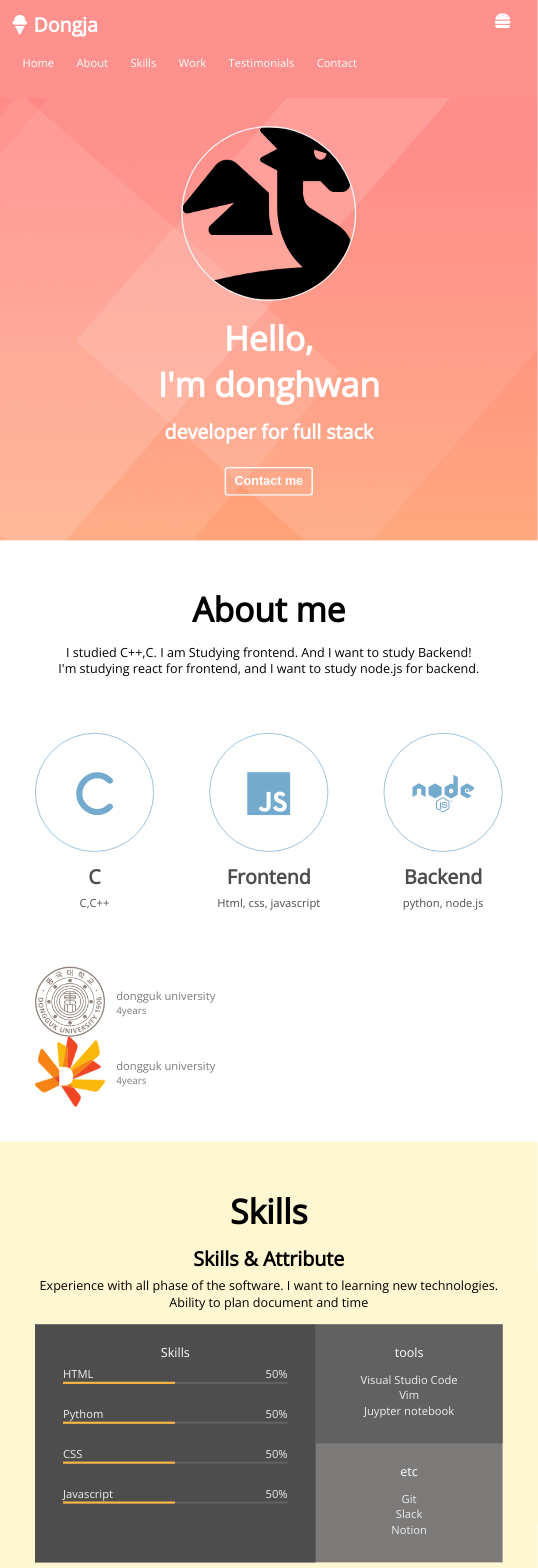
Repository: DongjaJ/portfolio
Page: index.html
These files come from the project's save history. The page is drawn as it stood at one moment and after the next save; the edit follows.
The browser window is 768 px wide. The pictures show the part of the page from y = 0 to 2240 px (the page is 4222 px tall before and 4412 px after), at 70% of full size.
Some web libraries are served in a nearby version.

Above is the page before, as saved 2022-06-15 21:54:09.

### index.html
<!DOCTYPE html>
<html lang="en">
<head>
	<meta charset="UTF-8">
	<meta http-equiv="X-UA-Compatible" content="IE=edge">
	<meta name="viewport" content="width=device-width, initial-scale=1.0">
	<title>Dongja's Portfolio</title>
	<meta name ="description" content= "Portfolio for Dongja">
	<meta name ="author" content= "Dongja">
	<link rel="icon" type ="image/png" href="imgs/favicon.png"/>
	<script
		src="https://kit.fontawesome.com/4d499a68c2.js"
		crossorigin="anonymous"
	></script>
	<link rel="preconnect" href="https://fonts.googleapis.com">
	<link rel="preconnect" href="https://fonts.gstatic.com" crossorigin>
	<link href="https://fonts.googleapis.com/css2?family=Open+Sans:ital,wght@0,400;1,600;1,700&display=swap" rel="stylesheet">
	<link rel = "stylesheet" href="style.css"/>
	<script src ="main.js" defer></script>
</head>
<body>
	<!-- Navbar -->
	<nav id="navbar">
		<div class="navbar__logo">
			<i class="fa-solid fa-ice-cream"></i>
			<a href="#">Dongja</a>
		</div>
		<div class="navbar__menu">
			<ul class="navbar__menu">
				<li class="navbar__menu__item">Home</li>
				<li class="navbar__menu__item">About</li>
				<li class="navbar__menu__item">Skills</li>
				<li class="navbar__menu__item">Work</li>
				<li class="navbar__menu__item">Testimonials</li>
				<li class="navbar__menu__item">Contact</li>
			</ul>
		</div>

		<!-- Toggle button -->
		<button class="navbar__togle-btn">
			<i class="fa-solid fa-burger"></i>
		</button>
	</nav>
	<!-- Home -->
	<section id="home">
		<img src="imgs/dragon-solid.png"
			alt="dongja's profile photo"
			class="home__avatar"/>
		<h1 class="home__title">Hello, <br/>I'm donghwan</h1>
		<h2 class="home__description">developer for full stack</h2>
		<button class="home__contact">Contact me</button>
	</section>
	<!-- About -->
	<section id="about" class="section section__container">
		<h1>About me</h1>
		<p>I studied C++,C. I am Studying frontend.
			And I want to study Backend!<br/>
			I'm studying react for frontend,
			and I want to study node.js for backend.
		</p>
		<div class="about__major">
			<div class="major">
				<div class="major__icon">
					<i class="fa-solid fa-c"></i>
				</div>
				<h2 class="major__title">C</h2>
				<div class="__major__description">C,C++</div>
			</div>
			<div class="major">
				<div class="major__icon">
					<i class="fa-brands fa-js"></i>
				</div>
				<h2 class="major__title">Frontend</h2>
				<div class="__major__description">Html, css, javascript</div>
			</div>
			<div class="major">
				<div class="major__icon">
					<i class="fa-brands fa-node"></i>
				</div>
				<h2 class="major__title">Backend</h2>
				<div class="__major__description">python, node.js</div>
			</div>
		</div>
		<div class="about__school" >
			<div class="school">
				<img src="/imgs/school.png" alt="logo-dongguk university" class="school__logo">
				<div class="school__description">
					<div class="school_name">dongguk university</div>
				<div class="school_period">4years</div>
				</div>
			</div>
		</div>
		<div class="about__school">
			<div class="school">
				<img src="/imgs/flower.png" alt="logo-dongguk university" class="school__logo">
				<div class="school__description">
					<div class="school_name">dongguk university</div>
				<div class="school_period">4years</div>
				</div>
			</div>
		</div>
	</section>
	<!-- Skills -->
	<section id="skills" class="section">
		<div class="section__container">
			<h1>Skills</h1>
			<h2>Skills & Attribute</h2>
			<p>
				Experience with all phase of the software. I want to learning
				new technologies. Ability to plan document and time
			</p>
			<div class="skillset">
				<div class="skillset_left">
					<h3 class="skillset_title">Skills</h3>
					<div class="skill">
						<div class="skill_description">
							<span>HTML</span>
							<span>50%</span>
						</div>
						<div class="skill_bar">
							<div class="skill_value" style="width: 50%;"></div>
						</div>
					</div>
					<div class="skill">
						<div class="skill_description">
							<span>Pythom</span>
							<span>50%</span>
						</div>
						<div class="skill_bar">
							<div class="skill_value" style="width: 50%;"></div>
						</div>
					</div>
					<div class="skill">
						<div class="skill_description">
							<span>CSS</span>
							<span>50%</span>
						</div>
						<div class="skill_bar">
							<div class="skill_value" style="width: 50%;"></div>
						</div>
					</div>
					<div class="skill">
						<div class="skill_description">
							<span>Javascript</span>
							<span>50%</span>
						</div>
						<div class="skill_bar">
							<div class="skill_value" style="width: 50%;"></div>
						</div>
					</div>
				</div>
				<div class="skillset_right">
					<div class="tools">
						<h3 class="skillset_title">tools</h3>
						<ul class="tools__list">
							<li><span>Visual Studio Code</span></li>
							<li><span>Vim</span></li>
							<li><span>Juypter notebook</span></li>
						</ul>
					</div>
					<div class="etc">
						<h3 class="skillset_title">etc</h3>
						<ul class="ec__list">
							<li><span>Git</span></li>
							<li><span>Slack</span></li>
							<li><span>Notion</span></li>
						</ul>
					</div>
				</div>
			</div>
		</div>
	</section>
	<!-- Work -->
	<section id="work" class="section">

		<div class="section__container">
			<h1>My work</h1>
		<h3>Projects</h3>
		<div class="work__categories">
			<button class="category__btn active">All <span class="category__count">4</span></button>
			<button class="category__btn">school <span class="category__count">2</span></button>
			<button class="category__btn">etc <span class="category__count">2</span></button>
		</div>
		<div class="work__projects">
			<a
			href="https://github.com/DongjaJ"
			class="project"
			target="blank"
			>
			<img src="imgs/navbar-200518-191508.webp" alt="" class="project__img">
			<div class="project__description">
				<h3>Sample site</h3>
				<span>Clone coding with portfolio</span>
			</div>
		</a>
		<a
		href="https://github.com/DongjaJ"
		class="project"
		target="blank"
		>
		<img src="imgs/navbar-200518-191508.webp" alt="" class="project__img">
		<div class="project__description">
			<h3>Sample site</h3>
			<span>Clone coding with portfolio</span>
		</div>
		</a>
		<a
	href="https://github.com/DongjaJ"
	class="project"
	target="blank"
	>
	<img src="imgs/navbar-200518-191508.webp" alt="" class="project__img">
	<div class="project__description">
		<h3>Sample site</h3>
		<span>Clone coding with portfolio</span>
	</div>
		</a>
		<a
href="https://github.com/DongjaJ"
class="project"
target="blank"
>
<img src="imgs/navbar-200518-191508.webp" alt="" class="project__img">
<div class="project__description">
	<h3>Sample site</h3>
	<span>Clone coding with portfolio</span>
</div>
		</a>
		</div>
		</div>


	</section>

	<!-- Testimonials -->
	<section id="testimonials" class="section">
	<div class="section__container">
		<h1>Testimonials</h1>
	<h3>See what they say about me</h3>
	<div class="testimonials">
		<div class="testimonial">
			<img
			src="imgs/people1-200515-154332.webp"
			alt="People"
			class="testimonial__avatar"
			>
			<div class="testimonial__speech-bubble">
				<p>Lorem ipsum dolor sit amet consectetur adipisicing elit. Impedit eum aspernatur, dolore animi dolor ipsam laudantium ab labore magnam distinctio doloribus possimus quis ea ipsa? Molestias corrupti quam deleniti perferendis!</p>
				<p class="name"><a href="">Dongja</a>/DGU</p>
			</div>
		</div>
		<div class="testimonial">
			<div class="testimonial__speech-bubble">
				<p>Lorem ipsum dolor sit amet consectetur adipisicing elit. Impedit eum aspernatur, dolore animi dolor ipsam laudantium ab labore magnam distinctio doloribus possimus quis ea ipsa? Molestias corrupti quam deleniti perferendis!</p>
				<p class="name"><a href="">Dongja</a>/DGU</p>
			</div>
			<img
			src="imgs/people1-200515-154332.webp"
			alt="People"
			class="testimonial__avatar"
			>
		</div>
	</div>
	</div>


</section>
	<!-- Contact -->
	<section id="contact" class="section">
		<h1 class="contact__title">Let's talk</h1>
		<h2 class="contact__email">jdh981118@naver.com</h2>
		<div class="contact__links">
			<a href="https://github.com/DongjaJ">
				<i class="fa-brands fa-github"></i>
			</a>
			<p class="contact__rights">
				2022 Dongja - All rights reserved
			</p>
		</div>
	</section>
</body>
</html>

### style.css
/* Global */
:root{
	/* Color */
	--color-white: #ffffff;
	--color-light-white: #eeeeee;
	--color-dark-white: #bdbdbd;
	--color-pink: #fe918d;
	--color-dark-pink: #ff6863;
	--color-dark-grey: #4d4d4d;
	--color-grey: #616161;
	--color-light-grey: #7c7979;
	--color-blue: #73aace;
	--color-yellow: #fff7d1;
	--color-orange: #feb546;
	--color-black: #000000;
	/* Font size */
	--font-large: 48px;
	--font-medium: 28px;
	--font-regular: 18px;
	--font-small: 16px;
	--font-micro: 14px;
	/* Font weight */
	--weight-bold: 700;
	--weight-semi-bold:600;
	--weight-regular:400;

	/* Size */
	--size-border-radius: 4px;

	/* Animation */
	--animation-delay: 300ms;
}

/* Universal tags */
*{
	box-sizing: border-box;
}

body {
	margin: 0;
	font-family: 'Open Sans', sans-serif;
	cursor: default;
}

a{
	text-decoration: none;
	color: var(--color-white);
}

ul{
	padding-left: 0;
}

li{
	list-style: none;
}

button{
	background: transparent;
	cursor: pointer;
	border: none;
	outline: none;
}

/* Typography */
h1 {
	font-size: var(--font-large);
	font-weight: var(--weight-bold);
	color: var(--color-black);
	margin: 16px 0px;
}

h2{
	font-size: var(--font-medium);
	font-weight: var(--weight-semi-bold);
	color: var(--color-black);
	margin: 8px 0px;
}

h3{
	font-size: var(--font-regular);
	font-weight: var(--weight-regular);
	color: var(--color-black);
	margin: 8px 0;
}

p{
	font-size: var(--font-regular);
	font-weight: var(--font-regular);
	color: var(--color-black);
	margin: 4px 0;
}

/* navbar */
#navbar{
	display: flex;
	justify-content: space-between;
	background-color: var(--color-pink);
	align-items: center;
	color: var(--color-white);
	padding: 16px;
}

.navbar__logo{
	font-size: var(--font-medium);
	font-weight: var(--weight-semi-bold);
}

.navbar__menu{
	display: flex;
}

.navbar__menu__item{
	padding: 8px 12px;
	margin: 0 4px ;
	cursor: pointer;
	border-radius: var(--size-border-radius);
}
.navbar__menu__item.active{
	border: 1px solid var(--color-white);
}

.navbar__menu__item:hover{
	background-color: var(--color-dark-pink);
}

.navbar__togle-btn{
	position: absolute;
	right: 32px;
	font-size: 24px;
	color: var(--color-white);
	display: none;
}

/* Home */
#home{
	background: url("imgs/homebackground-200515-154505.webp") center/cover no-repeat;
	padding: 40px;
	text-align: center;
}

.home__avatar{
	width: 250px;
	height: 250px;
	border-radius: 50%;
	border: 2px solid var(--color-light-white);
}

.home__title,
.home__description{
	color: var(--color-white);
}

.home__contact{
	color: var(--color-white);
	font-size: var(--font-regular);
	font-weight: var(--weight-bold);
	margin: 24px;
	padding: 8px 12px;
	border: 2px solid var(--color-white);
	border-radius: var(--size-border-radius);
}

/* section common */
.section{
	padding: 50px;
	text-align: center;
	margin: auto;
}

.section__container{
	max-width: 1200px;
}

/* about */
.about__major{
	display: flex;
	justify-content: space-between;
	margin: 80px 0;
}

.major__icon{
	width: 170px;
	height: 170px;
	font-size: 70px;
	line-height: 170px;
	margin: auto;
	border: 1px solid var(--color-blue);
	border-radius: 50%;
	margin-bottom: 16px;
	color: var(--color-blue);
}

.major__icon i:hover{
	color: var(--color-pink);
	transform: rotate(-30deg) scale(1.1);
}

.major__icon i{
	transition: all var(--animation-delay) ease;
}

.major__title, .__major__description{
	color: var(--color-dark-grey);
}

.__major__description{
	font-size: var(--font-small);
}

.school{
	display: flex;
	align-items: center;
}

.school__description{
	margin: 0 16px;
	text-align: left;
}

.school_name, .school_period{
	color: var(--color-light-grey);
}

.school_name{
font-size: var(--font-small);
}

.school_period{
font-size: var(--font-micro);
}

.school__logo{
	width: 100px;
	height: 100px;
}

#skills{
	background-color: var(--color-yellow);
}

.skillset{
	display: flex;
	background-color: var(--color-light-grey);
	color: var(--color-light-white);
	margin: 20px 0;
}

.skillset_title{
	color: var(--color-white);
}

.skillset_left{
	flex-basis: 60%;
	background-color: var(--color-dark-grey);
	padding: 20px 40px;
}

.skill{
	margin-bottom: 32px;
}

.skill_value{
	height: 3px;
	background-color: var(--color-orange);
}

.skill_description{
	display: flex;
	justify-content: space-between;
}

.skill_bar{
	width: 100%;
	height: 3px;
	background-color: var(--color-grey);
}

.skillset_right{
	flex-basis: 40%;
}

.tools{
	background-color: var(--color-grey);
}

.tools, .etc{
	padding: 20px;
}

.category__btn{
	border: solid 1px var(--color-dark-white);
	border-radius: var(--size-border-radius);
	font-size: var(--font-regular);
	padding: 8px 18px;
}

.category__btn.active,
.category__btn:hover{
	background-color: var(--color-pink);
	color: var(--color-white);
}

.category__btn.active .category__count,
.category__btn:hover .category__count{
	opacity: 1;
	top: 0;
}

.category__count{
	background-color: var(--color-orange);
	border-radius: 50%;
	color: var(--color-white);
	width: 24px;
	height: 24px;
	line-height: 24px;
	display: inline-block;
	position: relative;
	top: -20px;
	left: 4px;
	opacity: 0;
	transition: all var(--animation-delay) ease-in;
}

.work__projects{
	display: flex;
	flex-wrap: wrap;
	justify-content: space-between;
}

.project{
	position: relative;
	width: 280px;
	height: 250px;
	margin: 2px;
	background-color: var(--color-light-white);
	display: flex;
	justify-content: center;
	align-items: center;
}

.project__img{
	max-width: 100%;
	max-height: 100%;
}

.project__description{
	position: absolute;
	top: 0;
	left: 0;
	display: flex;
	background-color: var(--color-black);
	flex-direction: column;
	justify-content: center;
	width: 100%;
	height: 100%;
	opacity: 0;
	transform: translateY(10px);
	transition: all var(--animation-delay) ease-in;
}

.project:hover .project__description{
	transform: translateY(0px);
	opacity: 0.8;
}

.project__description h3{
	color: var(--color-white);
}

.project__description h3:after{
	content: '';
	display: block;
	position: relative;
	left: 50%;
	width: 25px;
	height: 2px;
	margin-left: -12px;
	margin-top: 8px;
	background-color: var(--color-dark-white);
}

/* Testimonial */
#testimonials{
	background-color: var(--color-light-white);
}

.testimonials{
	margin: 40px;
}

.testimonial{
	display: flex;
	margin: 32px 0;
}

.testimonial__avatar{
	width: 150px;
	border-radius: 50%;
}

.testimonial__avatar:nth-child(odd){
	margin-right: 42px;
}
.testimonial__avatar:nth-child(even){
	margin-left: 42px;
}

.testimonial__speech-bubble{
	padding: 10px;
	background-color: var(--color-white);
	border-radius: var(--size-border-radius);
}

.testimonial__speech-bubble p{
	color: var(--color-light-grey);
}

.testimonial__speech-bubble a{
	color: var(--color-pink);
}

/* Contact */
#contact{
	background-color: var(--color-pink);
}

.contact__title,
.contact__email,
.contact__links,
.contact__rights
{
	color: var(--color-white);
}

.contact__title{
	margin: 32px 0;
}

.contact__links{
	font-size: var(--font-large);
	margin: 24px 0;
	transition: all var(--animation-delay) ease-in ;
}

.contact__links i:hover{
	transform: scale(1.1);
	color: var(--color-yellow);
}

/* For below 768px screen with */
@media screen and (max-width : 768px) {
	.navbar__togle-btn{
		display: block;
	}
	#navbar{
		flex-direction: column;
		align-items: flex-start;
	}
}

Loaded but not shown: main.js (no stored copy; drawn as an empty file)

After the next save:
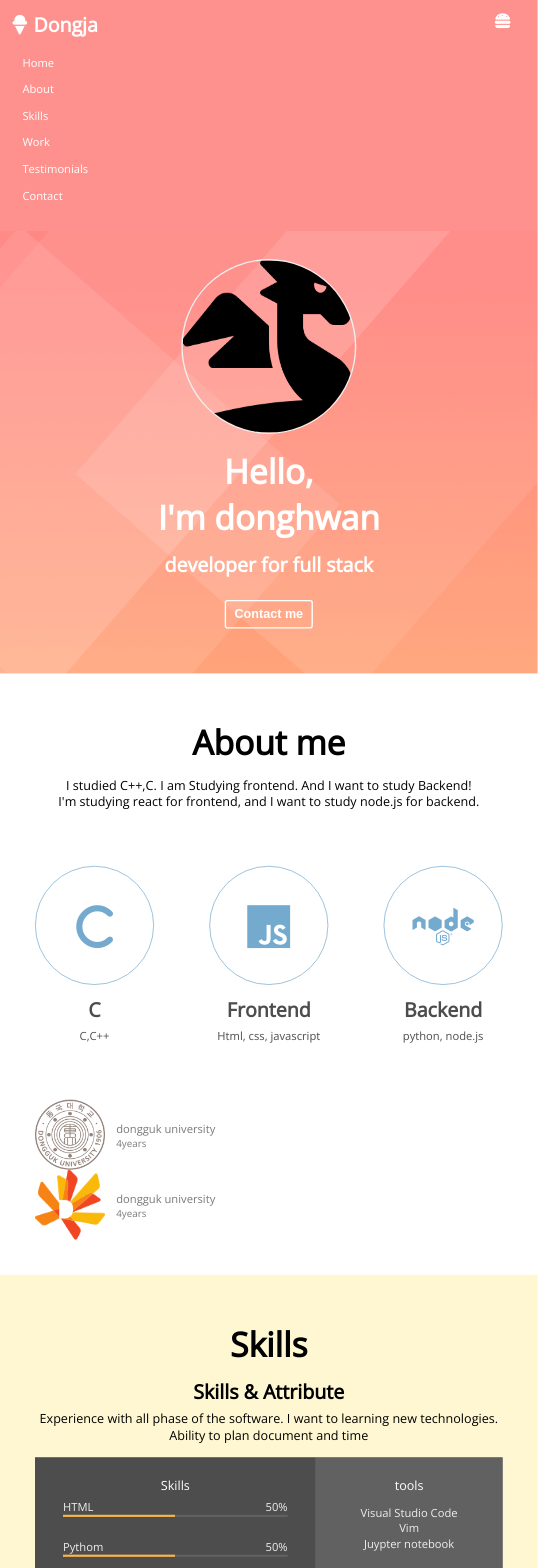
Saved 42 s later.
--- a/style.css
+++ b/style.css
@@ -457,4 +457,7 @@
 		flex-direction: column;
 		align-items: flex-start;
 	}
-}
+	.navbar__menu{
+		flex-direction: column;
+	}
+}
